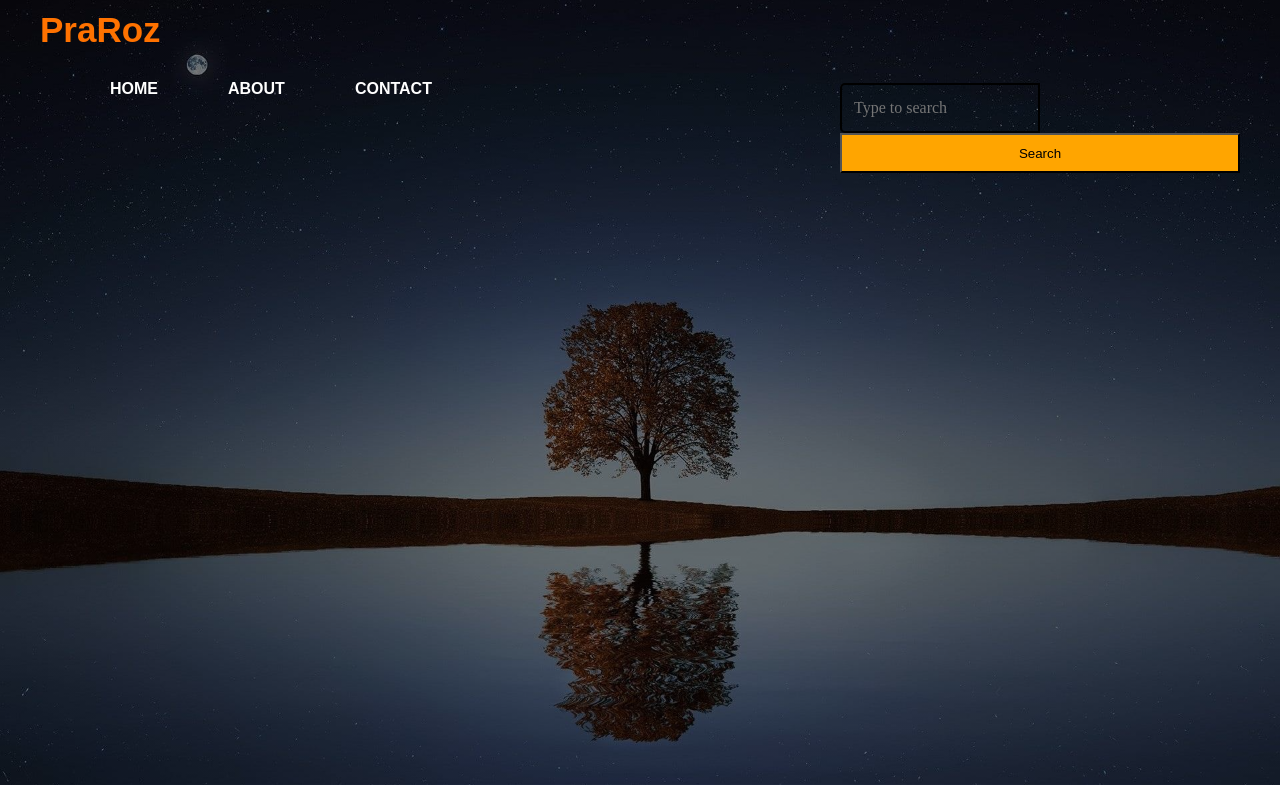
Repository: Cedrqmwesigwa/web-design-course
Page: index.html
The author's editor kept a copy of each file at every save. The page is drawn from the files as they stood at one save, then again after a run of saves.
The browser window is 1280 px wide. The pictures show the whole page.

Above is the page before, as saved 2024-04-03 20:13:29.

### index.html
<!DOCTYPE html>
<html lang="en">
<head>
    <title>My Website</title>
    <link rel="stylesheet" href="style.css"/>
</head>
<body>
    <div class="main">
        <div class="navbar">
            <div class="icon">
                <h2 class="logo">PraRoz</h2>
            </div>
            <div class="menu">
                <ul>
                    <li><a href="#">HOME</a></li>
                    <li><a href="#">ABOUT</a></li>
                    <li><a href="#">CONTACT</a></li>
                </ul>
            </div>
            <div class="search">
                <input type="search" class="srch" name="" placeholder="Type to search">
                <a href="#"><button class="btn">Search</button></a>
            </i></div>
        </div>
    </div>


</body>
</html>

### style.css
*{
    margin: 0;
    padding: 0;
}

.main{
    width: 100% ;
    background: linear-gradient(to top, rgba(0,0,0,0.5)50%, rgba(0, 0, 0, 0.5)50%), url(1.jpg);
    background-position: center;
    background-size: cover;
    height: 109vh;
}

.navbar{
    width: 1200px;
    height: 75px;
    margin:  auto;
}

.icon{
    width: 200px;
    font: left;
    height: 70px;
}

.logo {
    color: #ff7200;
    font-size: 35px;
    font-family: Arial;
    float: left;
    padding-top: 10px;
}

.menu{
    width: 400px;
    float: left;
    height: 70px;
}

ul{
    float: left;
    display: flex;
    justify-content: center;
    align-items: center;
}

ul li{
    list-style: none;
    margin-left: 70px;
    margin-top: 10px;
    font-size: 16px;
}

ul li a{
    text-decoration: none;
    color: white;
    font-family: Arial;
    font-weight: bold;
    transition: .4 ease-in-out;
}

ul li a:hover{
    color:#ff7200
}

.search{
    width: 400px;
    float: right;
    margin-left: 300px;
}

.srch{
    font-family: "Times New Roman";
    width: 200px;
    height: 50px;
    padding: 3%;
    background: transparent;
    border-top: 5px;
    border-bottom-left-radius: 5px;
    border-top-left-radius: 5px;
    font-size: 16px;
    color: white;
    margin-top:13px;
    border: 2px solid  #000;
}

.btn{
    width:100%;
    height: 40px;
    background: orange;

}

.btn:focus{
    outline: none;
}
.srch:focus{
    outline:none;
}

After the next 3 saves:
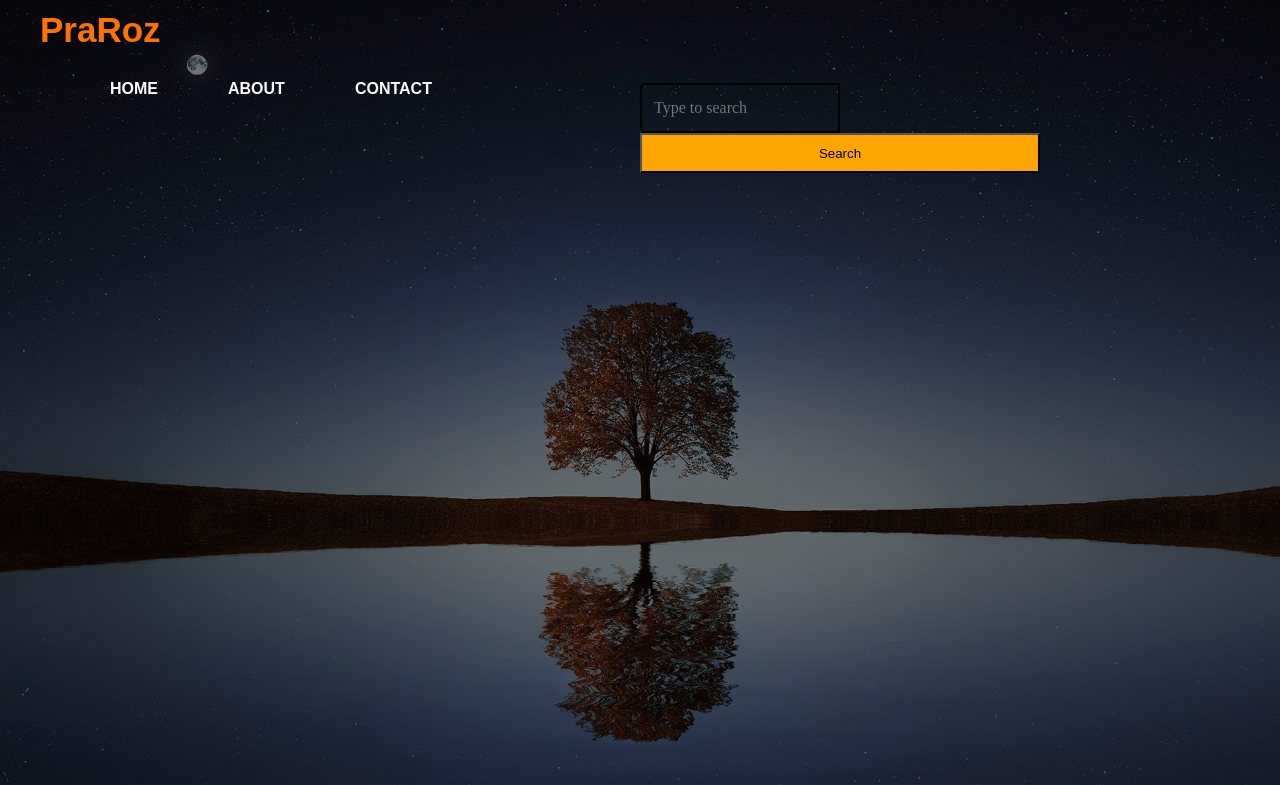
The 3 saves are shown as one change because they came seconds apart.
The last was saved 13 s later.
--- a/style.css
+++ b/style.css
@@ -65,8 +65,8 @@ ul li a:hover{
 
 .search{
     width: 400px;
-    float: right;
-    margin-left: 300px;
+    float: left;
+    margin-left: 200px;
 }
 
 .srch{
